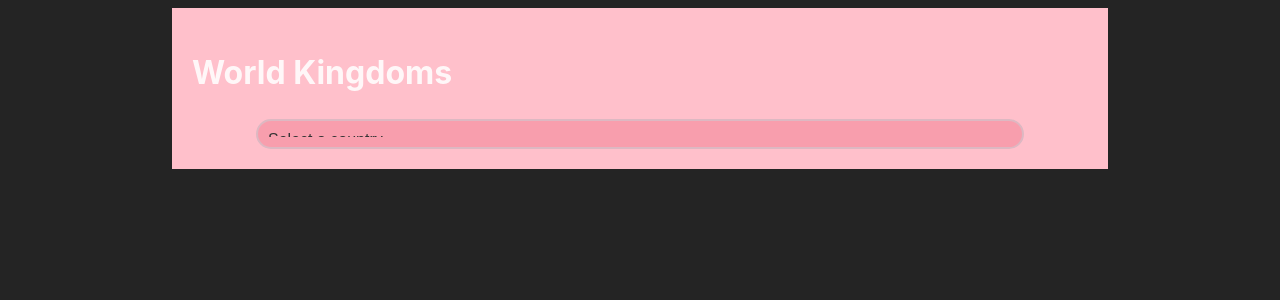
Repository: MonicaNguyenH/Lab-7_Frontend
Page: /countries
The author's editor kept a copy of each file at every save. The page is drawn from the files as they stood at one save, then again after the next save.
The browser window is 1280 px wide. The pictures show the whole page.
The page's requests for data from a server got no answer. The project was rebuilt for these pictures with package versions that can differ from the ones it lists, and the page was loaded fresh each time. No one was signed in, and anything a server would have sent is missing. Also part of the build but not shown: vite.config.js, src/Details.jsx.

Above is the page before, as saved 2024-11-18 17:46:51.

### src/main.jsx
import React from 'react';
import ReactDOM from 'react-dom/client';
import App from './App';
import './index.css'; // Import your global CSS styles

ReactDOM.createRoot(document.getElementById('root')).render(
  <React.StrictMode>
    <App />
  </React.StrictMode>
);

### src/App.jsx
import { BrowserRouter as Router, Routes, Route } from 'react-router-dom';
import Countries from './Contries';
import Details from './Details';

export default function App() {
  return (
    <div className="container">
      <Router>
      <Routes>
        <Route path="/" element={<h1>Landing Page</h1>} />
        <Route path="/countries" element={<Countries />} />
        <Route path="countries/:cca2" element={<Details />} />
      </Routes>
    </Router>
  </div>
  );
}

### src/index.css
:root {
  font-family: Inter, system-ui, Avenir, Helvetica, Arial, sans-serif;
  line-height: 1.5;
  font-weight: 400;

  color-scheme: light dark;
  color: rgba(255, 255, 255, 0.87);
  background-color: #242424;

  font-synthesis: none;
  text-rendering: optimizeLegibility;
  -webkit-font-smoothing: antialiased;
  -moz-osx-font-smoothing: grayscale;
}

.container {
  width: 70vw;
  margin: auto;
  background-color: pink;
  display: flex;
  justify-content: center;
  flex-direction: column;
  padding: 20px;
}

.box {
  display: flex;
  justify-content: center;
  flex-direction: column;
}

select {
  appearance: none; /* Remove default dropdown arrow */
  -webkit-appearance: none; /* Safari support */
  -moz-appearance: none; /* Firefox support */
  background-color: rgb(248, 158, 173); /* Background color */
  border: 2px solid #ddb8c2; /* Border color */
  border-radius: 15px; /* Rounded corners */
  padding: 10px; /* Padding inside the dropdown */
  font-size: 16px; /* Font size */
  color: #333; /* Font color */
  width: 60vw; /* Width of the dropdown */
  height: 30px;
  cursor: pointer; /* Change cursor to pointer */
  margin: auto;
  align-items: center;
}

### src/Contries.jsx
import { useState, useEffect } from "react";
import { useNavigate, Outlet } from "react-router-dom";

export default function Countries() {
  const [countries, setCountries] = useState([]);
  const [selectedCountry, setSelectedCountry] = useState("");
  const navigate = useNavigate();

  useEffect(() => {
    fetch("https://restcountries.com/v3.1/name/kingdom")
      .then((response) => {
        if (!response.ok) {
          throw new Error("Network response was not ok");
        }
        return response.json();
      })
      .then((data) => setCountries(data))
      .catch((error) => console.error("Error fetching countries:", error));
  }, []);

  const handleCountrySelect = (e) => {
    const value = e.target.value;

    // Handle navigation based on selection
    if (value === "") {
      navigate("/countries"); // Navigate to /countries page
    } else {
      const selected = countries.find((country) => country.cca2 === value);
      if (selected) {
        setSelectedCountry(selected);
        navigate(`/countries/${selected.cca2}`, { state: { data: selected } });
      }
    }
  };

  return (
    <div className="box">
      <h1 className="Title">World Kingdoms</h1>
      <select onChange={handleCountrySelect} value={selectedCountry?.cca2 || ""}>
        {/* Default option to navigate to /countries */}
        <option value="">Select a country</option>
        {/* Dynamically populate dropdown with country data */}
        {countries.map((country) => (
          <option key={country.cca2} value={country.cca2}>
            {country.name.common}
          </option>
        ))}
      </select>
      <Outlet />
    </div>
  );
}

Loaded but not shown: index.html (common file)

After the next save:
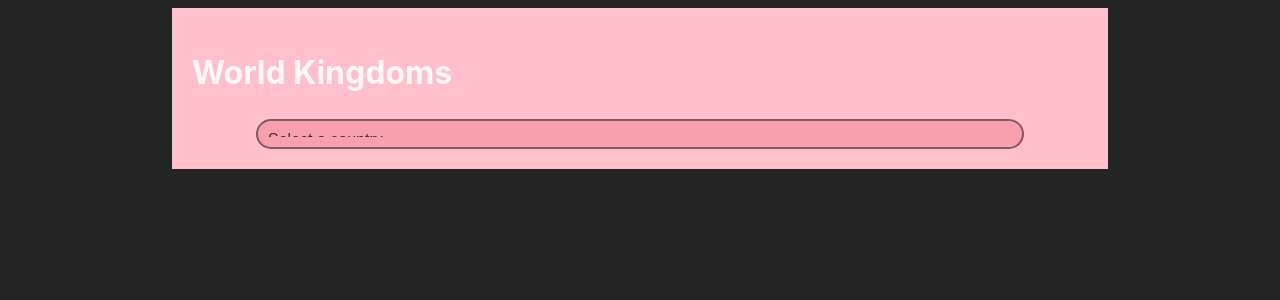
Saved 19 s later.
--- a/src/index.css
+++ b/src/index.css
@@ -34,7 +34,7 @@ select {
   -webkit-appearance: none; /* Safari support */
   -moz-appearance: none; /* Firefox support */
   background-color: rgb(248, 158, 173); /* Background color */
-  border: 2px solid #ddb8c2; /* Border color */
+  border: 2px solid #815863; /* Border color */
   border-radius: 15px; /* Rounded corners */
   padding: 10px; /* Padding inside the dropdown */
   font-size: 16px; /* Font size */
